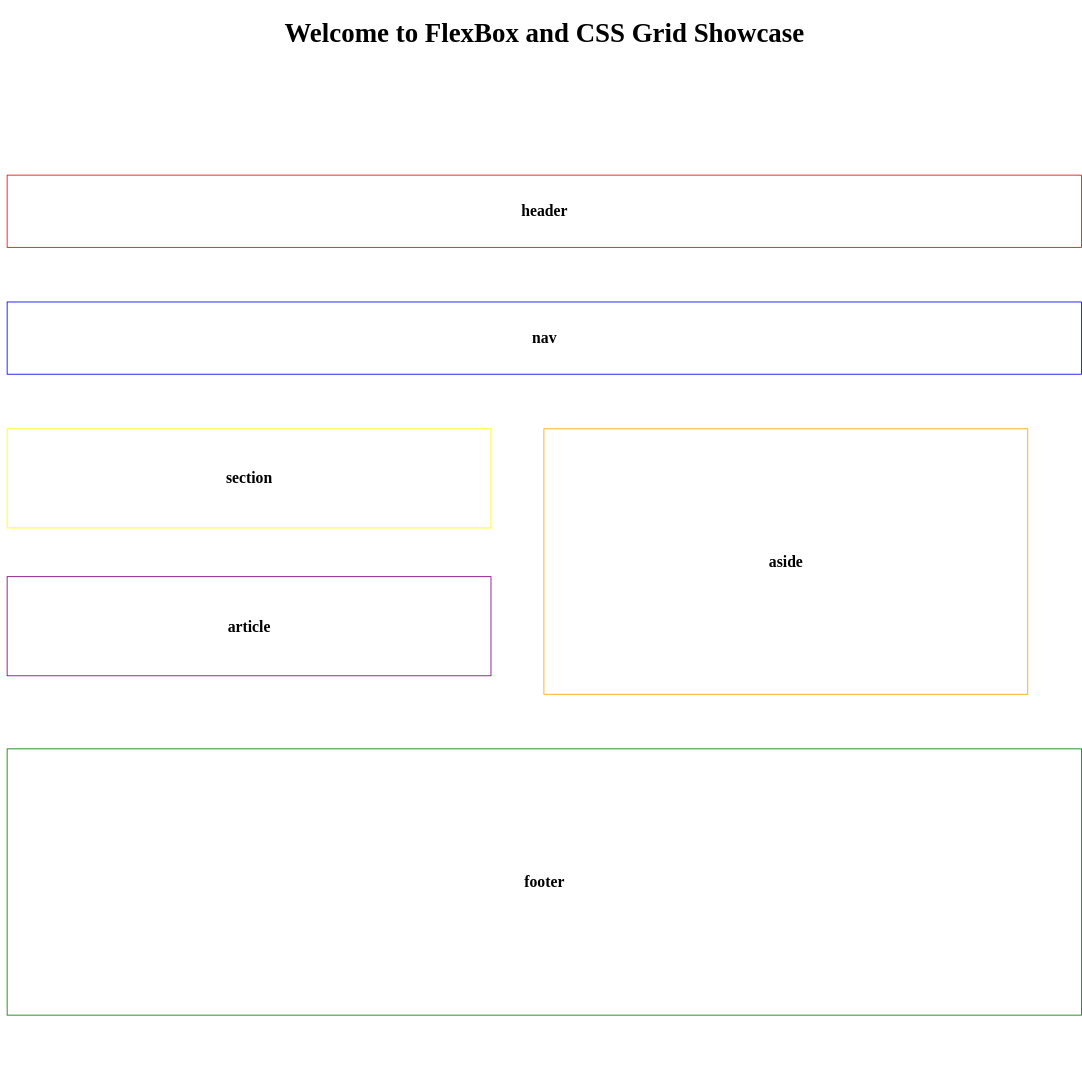
Repository: Awhit-commits/CSS_GRID_AND_FLEXBOX_LESSON
Page: index.html
The author's editor kept a copy of each file at every save. The page is drawn from the files as they stood at one save, then again after a run of saves.
The browser window is 1280 px wide. The page is 1288 px wide, so the pictures cover 1288 px, including what lies to the right of the window. The pictures show the whole page, at 84% of full size.

Above is the page before, as saved 2020-12-21 19:05:17.

After the next 2 saves:
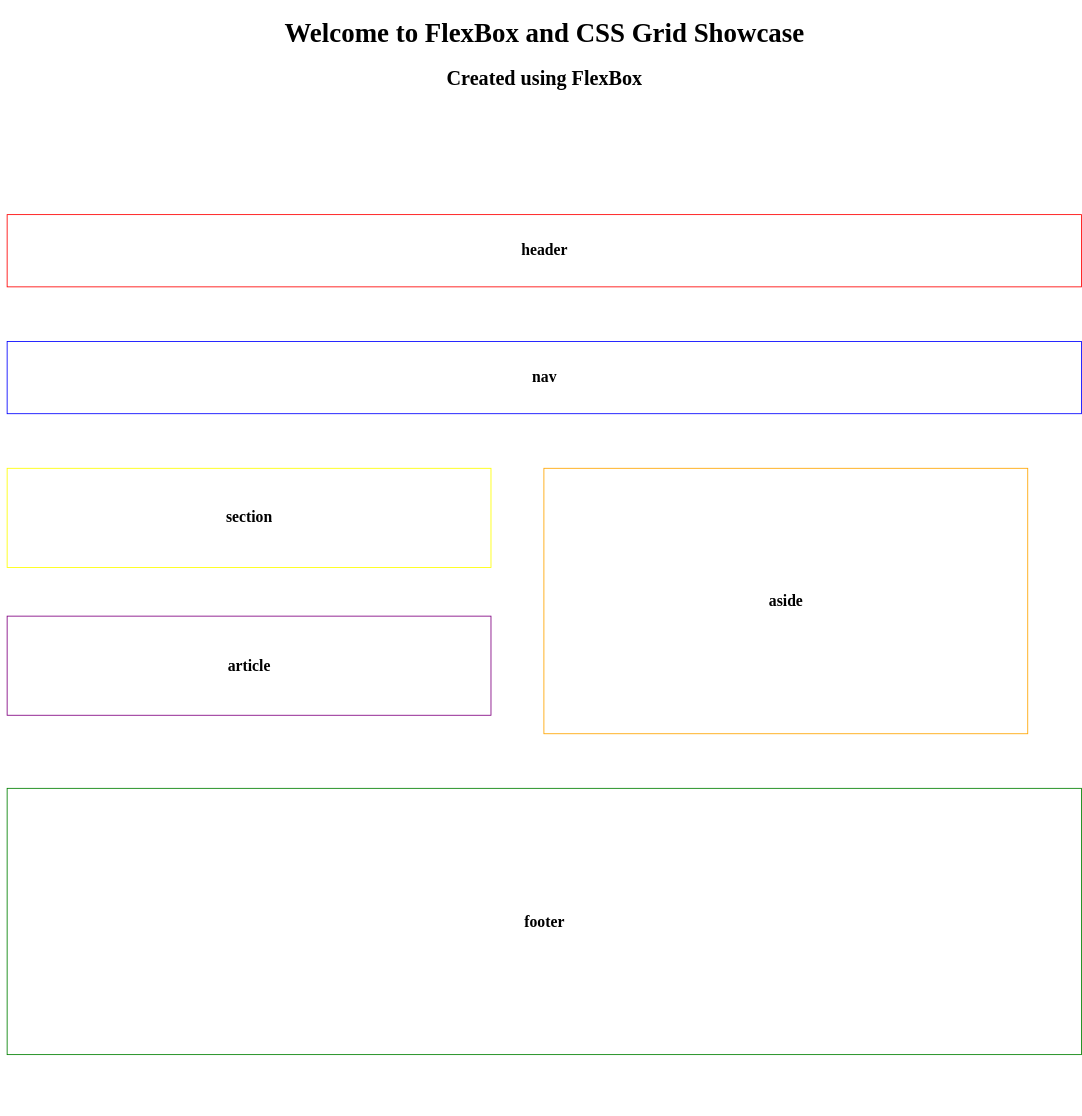
The 2 saves are shown as one change because they came seconds apart.
The last was saved 14 s later.
--- a/index.html
+++ b/index.html
@@ -10,7 +10,7 @@
 
 <body>
     <h1>Welcome to FlexBox and CSS Grid Showcase</h1>
-    <h2></h2>
+    <h2>Created using FlexBox</h2>
     <div class="containerFlex">
         <div class="headerArea">
             <div class="header">
